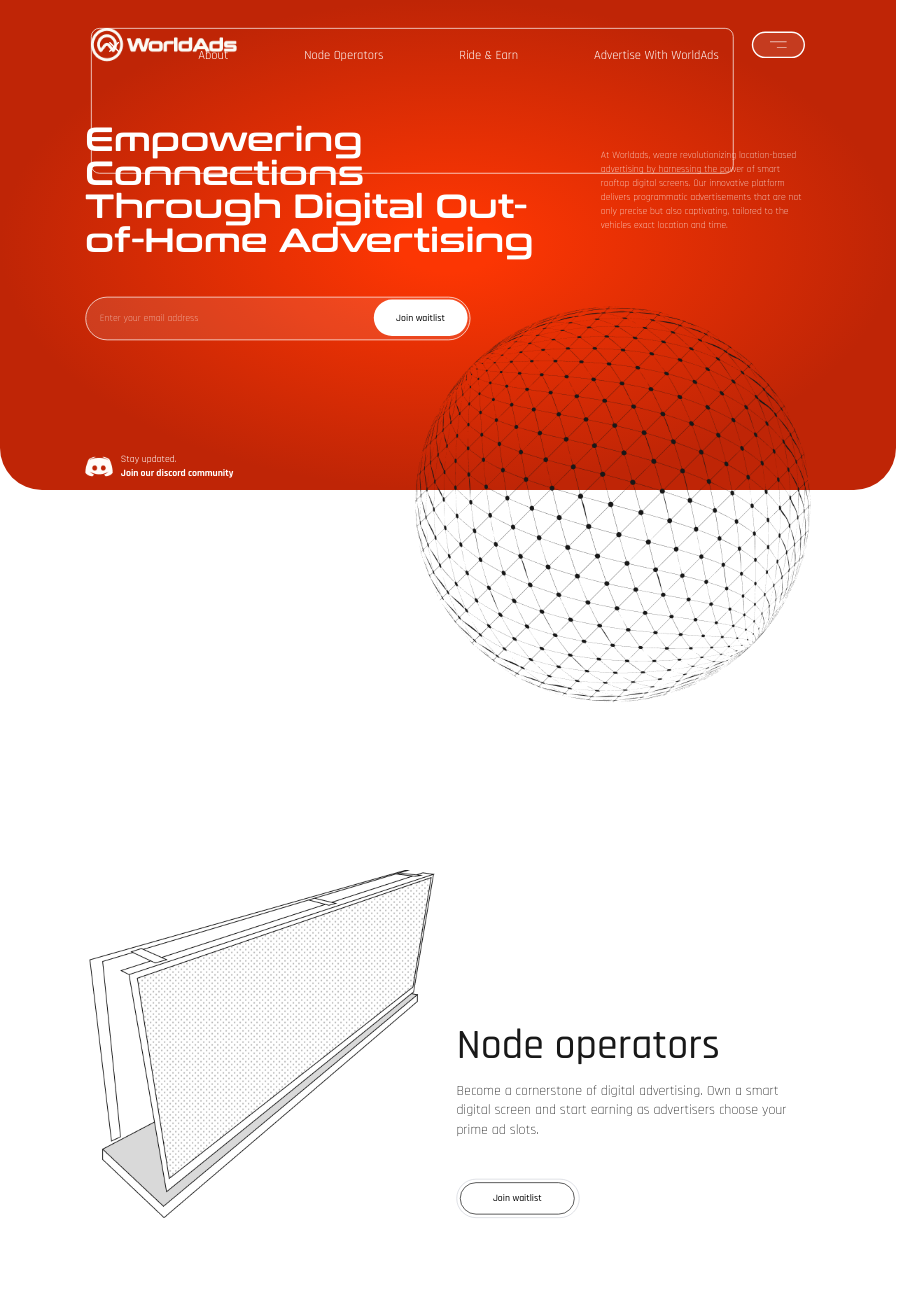
Repository: Abdul-Hannan232/worldAds
Page: /
These files come from the project's save history. The page is drawn as it stood at one moment and after the next save; the edit follows.
The browser window is 1280 px wide. The page is 1283 px wide, so the pictures cover 1283 px, including what lies to the right of the window. The pictures show the part of the page from y = 0 to 1880 px (the page is 3879 px tall), at 70% of full size.
The project was rebuilt for these pictures with package versions that can differ from the ones it lists, and the page was loaded fresh each time. The framework's server and built-in components were replaced by stand-ins that run in the browser. Also part of the build but not shown: next.config.mjs, app/component/NavContent.jsx.

Above is the page before, as saved 2024-05-10 22:26:34.

### app/page.tsx
import Image from "next/image";
import Header from "./component/Header"
import Main from "./component/Main";
import NavContent from "./component/NavContent";
import Advertise from "./component/advertise"
import Footer from "./component/footer"
import NodeOperator from "./component/nodeOperator"
import RideEarn from "./component/rideEarn"
export default function Home() {
  return (
    <>
      <div>
        <Header />
        <Main />
        <NodeOperator />
        <RideEarn />
        <Advertise />
        <Footer />
      </div>
    </>
  );
}

### app/globals.css
@import url('https://fonts.googleapis.com/css2?family=Exo+2:ital,wght@0,100..900;1,100..900&family=Rajdhani:wght@300;400;500;600;700&display=swap');

@tailwind base;
@tailwind components;
@tailwind utilities;
html{
  scroll-behavior: smooth;
}
.body {
  overflow-x: hidden; /* Hide scrollbars */
}
.dropdown-content {
  max-height: 0;
  overflow: hidden;
  transition: max-height 0.3s ease-in-out;
}

.dropdown-content.show {
  max-height: 100px; /* Set the max-height to whatever you prefer */
}

*{
  font-family: "Rajdhani", sans-serif;
  font-weight: 400;
  font-style: normal;
}
.background{
  background-image: url("/background.png");
  background-position: center;
  background-repeat: no-repeat;
  background-size: cover;

}
:root {
  --foreground-rgb: 0, 0, 0;
  --background-start-rgb: 214, 219, 220;
  --background-end-rgb: 255, 255, 255;
}

@media (prefers-color-scheme: dark) {
  :root {
    --foreground-rgb: 255, 255, 255;
    --background-start-rgb: 0, 0, 0;
    --background-end-rgb: 0, 0, 0;
  }
}

/* body {
  color: rgb(var(--foreground-rgb));
  background: linear-gradient(
      to bottom,
      transparent,
      rgb(var(--background-end-rgb))
    )
    rgb(var(--background-start-rgb));
} */

@layer utilities {
  .text-balance {
    text-wrap: balance;
  }
}

@font-face {
  font-family: 'font1';
  src: url('/assets/fonts/conthrax-sb.otf');
}

.font1{
  font-family: "font1" !important;
}

*{
  box-sizing: border-box !important
}

.gradient-color{
  background: radial-gradient(50% 50% at 50% 50%, #FC3603 11%, #BF2506 100%) !important;

}



/* pre loader */


/* styles.css or Preloader.module.css */
.preloader {
  display: flex;
  justify-content: center;
  align-items: center;
  height: 100vh;
}

.spinner {
  border: 4px solid red;
  border-top: 4px solid transparent;
  border-radius: 50%;
  width: 50px;
  height: 50px;
  animation: spin 1s linear infinite;
}
.preloader .spinner p{
  margin-left: 10px;
  color:red
}

@keyframes spin {
  0% { transform: rotate(0deg); }
  100% { transform: rotate(360deg); }
}

### app/component/Header.jsx
"use client"
import React, { useState, useEffect } from 'react';
import NavContent from './NavContent';
import { RxCross2 } from "react-icons/rx";

const Header = () => {
    const [isDrawerOpen, setIsDrawerOpen] = useState(false);
    const [isHeaderFixed, setIsHeaderFixed] = useState(false);
    const [open, setOpen] = useState(false);

    const handleDrawerToggle = () => {
        setIsDrawerOpen(!isDrawerOpen);
        console.log('Drawer open state:', isDrawerOpen);
    };

    const dropDownOpen = () => {
        setOpen(!open);
    }

    useEffect(() => {
        const handleScroll = () => {
            const scrollPosition = window.scrollY;

            if (scrollPosition > 10) {
                setIsHeaderFixed(true);
            } else {
                setIsHeaderFixed(false);
            }
        };

        window.addEventListener('scroll', handleScroll);

        return () => {
            window.removeEventListener('scroll', handleScroll);
        };
    }, []);

    const scrollToSection = (sectionId) => {
        const section = document.getElementById(sectionId);
        if (section) {
            const topOffset = section.offsetTop;
            const windowHeight = window.innerHeight;
            const scrollTo = topOffset - (windowHeight / 2 - section.offsetHeight / 2);
            window.scrollTo({ top: scrollTo, behavior: 'smooth' });
        }
    };

    return (
        <div className={`fixed w-full z-40 ${isHeaderFixed ? 'bg-red-600 py-5 lg:p-5' : 'bg-transparent py-10 lg:p-10'}`}>
            <div className="relative w-[85%] mx-auto flex justify-between items-center bg-transparent">
                <img src="./assets/images/logo.png" alt="Logo" className="lg:w-52 lg:h-12 w-36 h-8" />
                <button
                    className="bg-[#FFFFFF1A]   border-2 border-white lg:px-6 lg:py-3 px-3 py-1 hover:border rounded-[100px]"
                    type="button"
                    onClick={dropDownOpen}
                >
                    <div className='w-[90%] absolute top-0 right-0 left-0 border border-white rounded-xl h-52'>
                        <ul className="px-5 flex items-center space-y-6 text-center text-lg text-white justify-between">
                            <li><RxCross2 className="text-2xl font-bold" /></li>
                            <li><a href="#">About</a></li>
                            <li><a href="#nodeOperator" onClick={() => scrollToSection('nodeOperator')}>Node Operators</a></li>
                            <li><a href="#ride">Ride & Earn</a></li>
                            <li><a href="#advertise">Advertise With WorldAds</a></li>
                        </ul>
                    </div>
                    {open && (
                        <div className="absolute lg:block hidden top-0 right-0 border-2 bg-red-600 border-white rounded-full p-2">
                            <ul className="px-5 flex items-center space-x-5 text-lg text-white justify-between">
                                <li><a href="#">About</a></li>
                                <li><a href="#nodeOperator" onClick={() => scrollToSection('nodeOperator')}>Node Operators</a></li>
                                <li><a href="#ride">Ride & Earn</a></li>
                                <li><a href="#advertise">Advertise With WorldAds</a></li>
                                <li><RxCross2 className="text-2xl font-bold" /></li>
                            </ul>
                        </div>
                    )}

                    <img src="./assets/images/bars.svg" alt="Menu" className="w-6" />
                </button>
            </div>
        </div>
    );
};

export default Header;

### app/component/Main.jsx
import React from 'react'

const Main = () => {
    return (
        <>
            <div className='gradient-color h-[700px] w-full rounded-b-[60px] lg:pt-40 pt-24 px-5  sm:px-16 pb-14 relative  '>
                <div className="lg:w-[90%] w-[95%] mx-auto">


                    <div className="lg:flex lg:items-center justify-between ">

                        <div className="my-4">
                            <h1 className="lg:text-5xl text-2xl  lg:w-[650px] lg:text-start text-center text-white font1 ">Empowering Connections Through Digital Out-of-Home Advertising</h1>



                        </div>

                        <div className='my-4'>

                            <p className='text-white text-left font-light lg:text-sm text-xs lg:text-start text-center lg:w-[300px]'>At Worldads, weare revolutionizing location-based advertising by harnessing the power of smart rooftop digital screens. Our innovative platform delivers programmatic advertisements that are not only precise but also captivating, tailored to the vehicles exact location and time.</p>
                        </div>
                    </div>

                    <div class="relative lg:w-[550px]  rounded-[100px] mt-10">

                        <input type="text" id="default-search" className="block w-full lg:p-5 p-3  -10 lg:text-sm text-xs text-gray-900 bg-[#FFFFFF1A] border border-white focus:ring-white focus:border-white rounded-[100px] placeholder:text-[#FFFFFF80] " placeholder="Enter your email address" required />
                        <button type="submit" className=" absolute end-1 top-1 font-bold bg-white hover:bg-white-800 focus:ring-4 font-bold focus:outline-none focus:ring-none font-medium rounded-[100px] lg:text-sm text-xs lg:px-8 px-5 lg:py-4 py-2">Join waitlist</button>
                    </div>

                 <div className='relative'>

                    <div className="flex items-center gap-3 lg:mt-40 mt-5 lg:justify-start justify-center ">
                            <img src="./assets/images/discord.png" />
                            <div>
                                <p className="text-white text-sm">Stay updated.</p>
                                <p className="text-white font-bold text-sm">Join our discord community</p>
                            </div>
                        </div>
                        <img src="./assets/images/Vector(Black).png" className="text-white absolute  lg:-top-52 right-0 top-14" />

                    </div>
                </div>
            </div>
        </>
    )
}

export default Main

### app/component/advertise.jsx
"use client"
import Image from "next/image";
import { useState } from "react";
export default function Advertise() {
  const [precision, setPrecision] = useState(false)
  const precisionOpen = () => {
    setPrecision(!precision)
    setDynamic(false)
    setScalable(false)
  }
  const [dynamic, setDynamic] = useState(false)
  const dynamicDrop = () => {
    setDynamic(!dynamic)
    setScalable(false)
    setPrecision(false)
  }
  const [scalable, setScalable] = useState(false)
  const ScalableDrop = () => {
    setScalable(!scalable)
    setDynamic(false)
    setPrecision(false)
  }
  return (
    <div className="">
      <div id="advertise" className="xl:pl-32 2xl:pl-40   lg:flex lg:mt-48 mt-32 w-full background gap-24">
        <div className="-mt-14">
          <Image src="" alt="image" width={226} height={426} className="lg:w-[526px] lg:h-[726px] 2xl:w-[650px] 2xl:h-[926px]  lg:mx-0 mx-auto" />
        </div>
        <div className="lg:w-[60%] w-[90%]  lg:mx-0 mx-auto lg:mt-40 mt-10">
          <h1 className="xl:text-6xl text-5xl 2xl:text-8xl lg:text-start text-center font-medium text-[#181818]">Advertise with</h1>
          <h1 className="xl:text-6xl text-5xl 2xl:text-8xl lg:text-start text-center font-medium text-[#FC3603]">WorldAds</h1>
          <p className="xl:text-xl lg:text-lg text-sm 2xl:text-2xl lg:w-[400px] 2xl:w-[600px] mt-4 lg:text-start text-center text-[#030303]">Seize the spotlight in bustling areas with high-traffic visibility. Make your brand the center of attention with</p>
          <div className="h-[300px] overflow-scroll body">
            <div className="flex items-center lg:justify-start justify-center w-full gap-5 mt-10">
              <h1
                onClick={precisionOpen}
                className={`${precision ? "xl:text-3xl text-[#030303]" : "xl:text-2xl text-gray-400"
                  } cursor-pointer lg:text-2xl lg:text-start text-center text-2xl 2xl:text-6xl xl:w-[80%] lg:w-[80%] 2xl:w-[90%] font-bold`}
              >
                Precision Targeting
              </h1>
              <hr className={`${precision ?"lg:block hidden":"hidden"}   border w-[80%] l  border-[#FC3603]`} />
            </div>
            <div className={`transition-all duration-500 ${precision ? 'max-h-96' : 'max-h-0 overflow-hidden'}`}>
              {precision && (
                <p
                  className="lg:text-xl text-sm 2xl:text-2xl lg:w-80 lg:text-start w-40 lg:mx-0 mx-auto text-center mt-5"
                >
                  Reach your ideal audience at the right time and place.
                </p>
              )}
            </div>
            <hr className="border lg:border-[#7E7E7E33]  border-[#FC3603] lg:w-80 w-60 lg:mx-0 mx-auto my-5" />
            <div className="flex items-center lg:justify-start justify-center gap-5 w-full mt-10">
              <h1
                onClick={dynamicDrop}
                className={`${dynamic ? "xl:text-2xl text-[#030303]" : "xl:text-xl text-gray-400"
                  } lg:text-2xl cursor-pointer text-2xl 2xl:text-6xl font-bold lg:text-start text-center xl:w-[50%] lg:w-[45%] 2xl:w-[60%]`}
              >
                Dynamic HD Quality Ads
              </h1>
              <hr className={`${dynamic  ?"lg:block hidden":"hidden"}   border w-[50%]  2xl:w-[400px] border-[#FC3603]`} />
            </div>
            <div className={`transition-all duration-500 ${dynamic ? 'max-h-96' : 'max-h-0 overflow-hidden'}`}>
              {dynamic && (
                <p
                  className="lg:text-xl text-sm 2xl:text-2xl lg:w-80 w-52 lg:mx-0 mx-auto lg:text-start text-center mt-5"
                >
                  Captivate viewers with stunning, crystal-clear advertisements.
                </p>
              )}
            </div>
            <hr className="border lg:border-[#7E7E7E33]  border-[#FC3603] lg:w-80 w-60 lg:mx-0 mx-auto my-5" />
            <div className="flex items-center lg:justify-start justify-center w-full mt-10">
              <h1
                onClick={ScalableDrop}
                className={`${scalable ? "xl:text-3xl text-[#030303]" : "xl:text-2xl text-gray-400"
                  } cursor-pointer xl:text-xl lg:text-3xl text-2xl 2xl:text-6xl font-bold lg:text-start text-center xl:w-[80%] lg:w-[60%] 2xl:w-full text-[#030303]`}
              >
                Scalable Geofenced Campaigns
              </h1>
              <hr  className={`${scalable ?"lg:block hidden":"hidden"}  border w-[73%] border-[#FC3603]`} />
            </div>
            <div className={`transition-all duration-500 ${scalable ? 'max-h-96' : 'max-h-0 overflow-hidden'}`}>
              {scalable && (
                <p
                  className="lg:text-xl text-sm 2xl:text-2xl lg:text-start text-center w-40 lg:mx-0 mx-auto lg:w-96 mt-5"
                >
                  Customize and scale your campaigns with precision.
                </p>
              )}
            </div>
            <hr className="border lg:border-[#7E7E7E33]  border-[#FC3603] lg:w-80 w-60 lg:mx-0 mx-auto my-5" />
            <div className="border border-gray-300 xl:mt-14 mt-10 rounded-full lg:mx-0 mx-auto  xl:w-44 w-36 ">
              <button className="text-center text-sm border xl:p-3 md:p-3 p-2 rounded-full  xl:w-[164px] w-[133px] font-medium m-1 border-[#181818]">Join waitlist</button>
            </div>
          </div>
        </div>

      </div>
    </div>
  )
}

### app/component/footer.jsx
import Image from "next/image"
export default function Footer() {
    return (
        <div className="bg-[#181818] ] w-full mt-20 lg:py-12 pt-12 lg:p-4">
            <div className="lg:w-[80%] w-[90%] lg:flex items-center justify-between mx-auto py-12" >
                <div>
                    <h1 className="lg:text-5xl text-3xl  lg:w-[500px] w-[250px] lg:mx-0 mx-auto font-medium lg:text-start text-center text-white">Innovating Digital Advertising</h1>
                </div>
                <div className="lg:flex text-white lg:mt-0 mt-10 items-center gap-10">
                    <div>
                        <ul className="text-lg lg:text-start text-center space-y-3">
                            <li>Blog</li>
                            <li>Contact Us</li>
                        </ul>
                    </div>
                    <div>
                        <ul className="text-lg lg:mt-0 mt-3 lg:text-start text-center space-y-3">
                            <li>Privacy Policy</li>
                            <li>Terms Of Service</li>
                        </ul>
                    </div>
                </div>
            </div>
            <div className="text-white relative mx-auto mt-5 lg:w-[80%]">
                <div className="flex items-center gap-1 w-40 lg:w-[80%] lg:mx-0 mx-auto">
                    <Image src="/Group.png" alt="logo" width={37.49} height={37.49}  className="lo "/>
                    <h1 className="text-2xl font-meidum">WorldsAds</h1>
                </div>
                <div className="flex items-center lg:justify-start w-[90%] lg:mx-0 mx-auto lg:w-[80%] justify-center mt-5 gap-10">
                    <p className="lg:text-sm text-[12px] lg:text-start text-center  font-light ">©2024 WorldAds Tech DAO LLC. All Right Reserved </p>
                    <hr className="border lg:block hidden border-[#707070] w-96" />
                </div>
                <Image src="/FooterImage.png" alt="vector" width={231.11} height={231.11} className="absolute lg:-top-16 lg:block hidden z-20 lg:-right-36 "/>
                <Image src="/FooterImage (1).png" alt="vector" width={551.11} height={451.11} className=" lg:hidden block mt-10 "/>

            </div>
        </div>
    )
}

### app/component/nodeOperator.jsx
import React from 'react'
import Image from 'next/image'
const NodeOperator = () => {
    return (
        <>
            <div id="nodeOperator" className="lg:flex w-[80%] mt-80 h-screen mx-auto items-end justify-between">
                <div >
                    <Image src="/Group 1.png" alt="Image" width={203} height={207} className="lg:w-[493px] lg:h-[497px] lg:mx-0 mx-auto " />
                </div>
                <div  className="xl:w-[500px]  md:w-[400px] lg:mt-0 mt-10 lg:mx-0 mx-auto">
                    <h1 className="xl:text-6xl md:text-5xl text-3xl font-medium lg:text-start text-center text-[#181818]">Node operators</h1>
                    <p className="xl:text-xl lg:text-sm text-md font-light lg:w-auto md:w-80  lg:text-sm md:text-md text-xs  lg:mx-0 mx-auto text-[#030303] lg:text-start text-center mt-5">Become a cornerstone of digital advertising. Own a smart digital screen and start earning as advertisers choose your prime ad slots.</p>
                    <div className="border border-gray-300 xl:mt-14 mt-10 rounded-full lg:mx-0 mx-auto  xl:w-44 w-36 ">
                        <button className="text-center text-sm border xl:p-3 md:p-3 p-2 rounded-full  xl:w-[164px] w-[133px] font-medium m-1 border-[#181818]">Join waitlist</button>
                    </div>
                </div>
            </div>


            </>
  )
}

export default NodeOperator

### app/component/rideEarn.jsx
import React from 'react'
import Image from "next/image";

const RideEarn = () => {
  return (
    <div>
         <div id="ride"className="flex lg:flex-row flex-col-reverse h-screen w-[80%] mt-20 mx-auto items-end justify-between">
          <div className="xl:w-[410px] md:w-[400px] lg:mt-0 mt-10 lg:mx-0 mx-auto">
            <h1 className="xl:text-6xl md:text-5xl text-3xl font-medium lg:text-start text-center text-[#181818]">Ride & Earn</h1>
            <p className="xl:text-lg lg:w-auto md:w-80  lg:text-sm md:text-md text-xs font-light lg:w-auto  lg:mx-0 mx-auto text-[#030303] lg:text-start text-center mt-5">Transform every journey into a profitable venture. Our Smart Rooftop Digital Screens turn miles into money, making every trip count.</p>
            <div className="border border-gray-300 xl:mt-14 mt-10 rounded-full lg:mx-0 mx-auto  xl:w-44 w-36 ">
              <button className="text-center text-sm border xl:p-3 md:p-3 p-2 rounded-full  xl:w-[164px] w-[133px] font-medium m-1 border-[#181818]">Join waitlist</button>
            </div>
          </div>
          <div >
            <Image src="/GroupCroped.png" alt="Image" width={453} height={357} className="lg:w-[563.48px] lg:h-[450.27px] lg:mx-0 mx-auto " />
          </div>
        </div>
    </div>
  )
}

export default RideEarn

Loaded but not shown: app/layout.tsx (common file); tailwind.config.ts (common file)

After the next save:
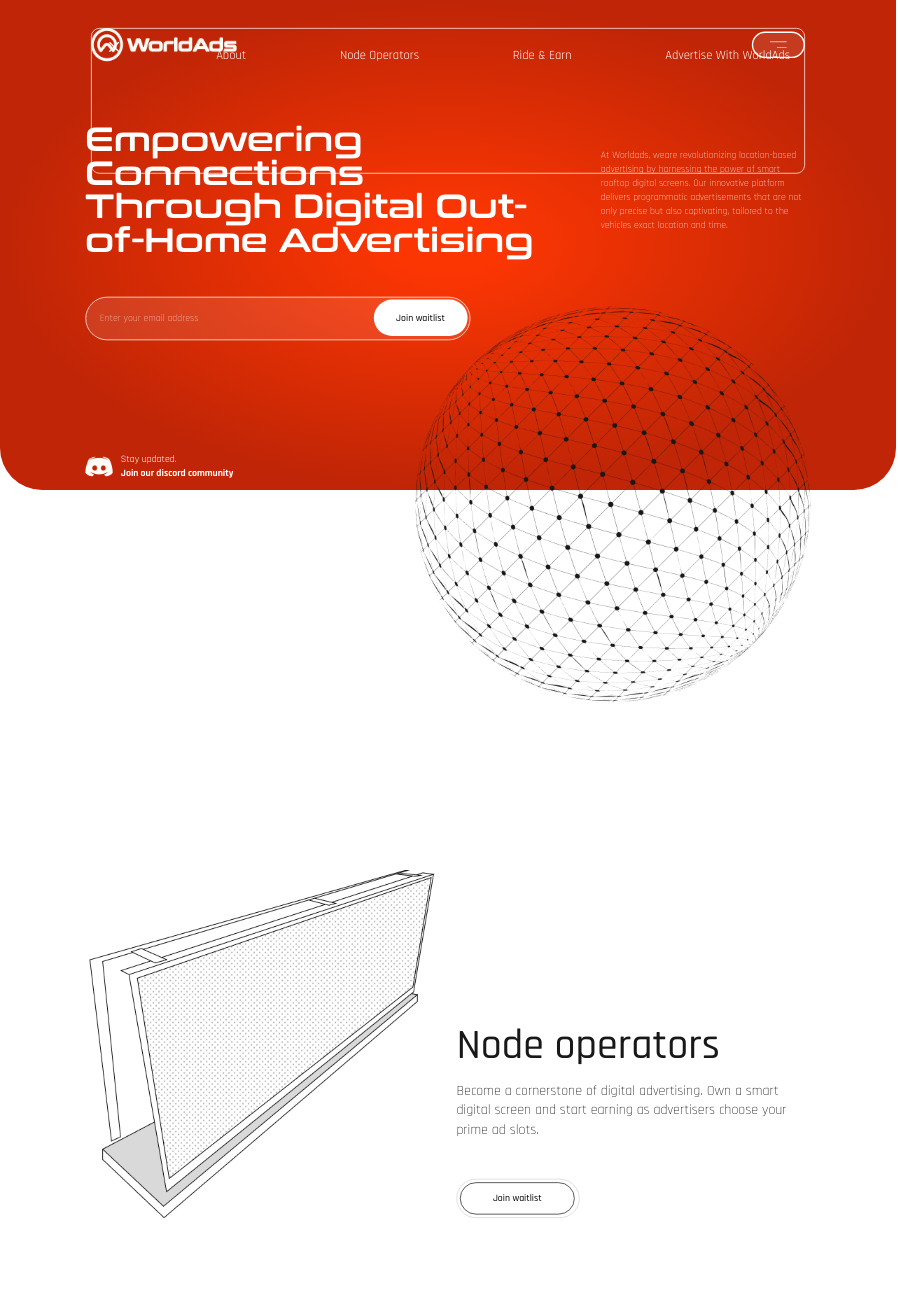
Saved 8 s later.
--- a/app/component/Header.jsx
+++ b/app/component/Header.jsx
@@ -54,7 +54,7 @@ const Header = () => {
                     type="button"
                     onClick={dropDownOpen}
                 >
-                    <div className='w-[90%] absolute top-0 right-0 left-0 border border-white rounded-xl h-52'>
+                    <div className='w-[100%] absolute top-0 right-0 left-0 border border-white rounded-xl h-52'>
                         <ul className="px-5 flex items-center space-y-6 text-center text-lg text-white justify-between">
                             <li><RxCross2 className="text-2xl font-bold" /></li>
                             <li><a href="#">About</a></li>
